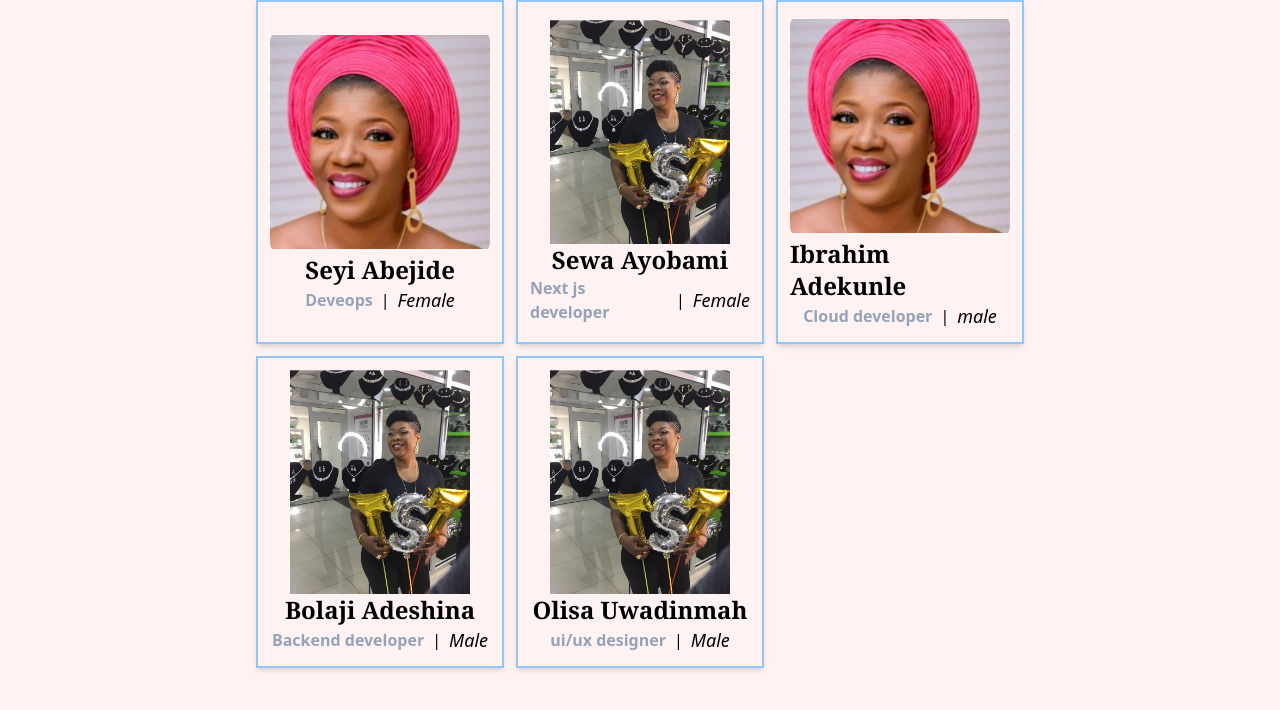
Repository: Semanmernstack/Bincom
Page: /
The author's editor kept a copy of each file at every save. The page is drawn from the files as they stood at one save, then again after the next save.
The browser window is 1280 px wide. The pictures show the whole page.
The project was rebuilt for these pictures with package versions that can differ from the ones it lists, and the page was loaded fresh each time. The framework's server and built-in components were replaced by stand-ins that run in the browser. Also part of the build but not shown: next.config.mjs.

Above is the page before, as saved 2024-01-25 05:38:36.

### app/layout.tsx
import type { Metadata } from "next";
import { Inter } from "next/font/google";
import "./globals.css";

const inter = Inter({ subsets: ["latin"] });

export const metadata: Metadata = {
  title: "Create Next App",
  description: "Generated by create next app",
};

export default function RootLayout({
  children,
}: Readonly<{
  children: React.ReactNode;
}>) {
  return (
    <html lang="en">
      <body className=" min-h-screen bg-red-50">{children}</body>
    </html>
  );
}

### app/page.tsx
import slidefour from "../public/slidefour.png"


import slidethree from "../public/slidethree.png"
import SetUp from "./components/SetUp";


const data = [
  {
    id: "1",
    title: "Seyi Abejide",
    image:"slidefour.png",
    role: "Deveops",
    gender: "Female",

  },
  {
    id: "2",
    title: "Sewa Ayobami",
    image: "slidethree.png",
    role: "Next js developer",
    gender: "Female"

  },
  {
    id: "3",
    title: "Ibrahim Adekunle",
    image:"slidefour.png",
    role: "Cloud developer",
    gender: "male",

  },
  {
    id: "4",
    title: "Bolaji Adeshina",
    image: "slidethree.png",
    role: "Backend developer",
    gender: "Male",

  },
  {
    id: "5",
    title: "Olisa Uwadinmah",
    image: "slidethree.png",
    role: "ui/ux designer",
    gender: "Male",

  },


];



export default function Home() {
  return (
    <main className=" flex flex-col max-w-3xl mx-auto ">
      <div className="grid grid-cols-1 sm:grid-cols-2 md:grid-cols-3 gap-3">
          {data.map((p, index)=> (
              <div className=" border-2 border-blue-300 shadow-md items-center justify-center flex" key={index}>
                <SetUp
                  id={p.id}
                  title={p.title}
                  image={p.image}
                  role={p.role}
                  gender= {p.gender}
                />
              </div>

          ))}


      </div>



    </main>
  );
}

### app/components/SetUp.tsx
import React from 'react'
interface B {
    id: string
    title: string
    image: string
    role: string
    gender: string
}


function SetUp({id, title, image, role, gender}:B) {
  return (
    <div className=' p-3 '>
      <img src={image} alt="image" className='h-56 w-56 rounded-xl  object-contain' />
      <div className='flex flex-col items-center justify-between'>
        <h1 className='font-bold font-serif textt-xl md:text-2xl'>{title}</h1>
        <div className='flex items-center justify-between gap-2'>
          <h2 className='font-bold text-slate-400 '>{role}</h2>
          <h2>|</h2>
          <h2 className='text-sm sm:text-lg italic'>{gender}</h2>
        </div>

        <div>

        </div>

      </div>

    </div>
  )
}

export default SetUp

Loaded but not shown: app/globals.css (common file); tailwind.config.ts (common file)

After the next save:
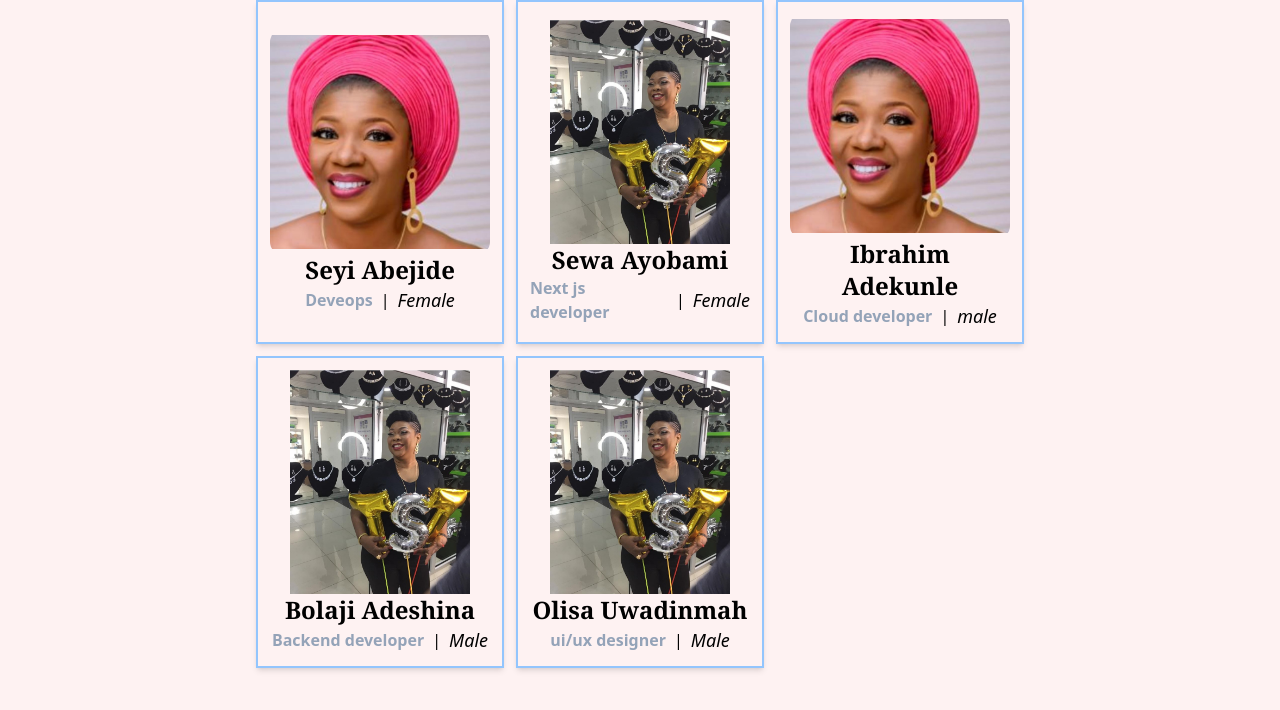
Saved 97 s later.
--- a/app/components/SetUp.tsx
+++ b/app/components/SetUp.tsx
@@ -13,7 +13,7 @@ function SetUp({id, title, image, role, gender}:B) {
     <div className=' p-3 '>
       <img src={image} alt="image" className='h-56 w-56 rounded-xl  object-contain' />
       <div className='flex flex-col items-center justify-between'>
-        <h1 className='font-bold font-serif textt-xl md:text-2xl'>{title}</h1>
+        <h1 className='font-bold text-center font-serif textt-xl md:text-2xl'>{title}</h1>
         <div className='flex items-center justify-between gap-2'>
           <h2 className='font-bold text-slate-400 '>{role}</h2>
           <h2>|</h2>
